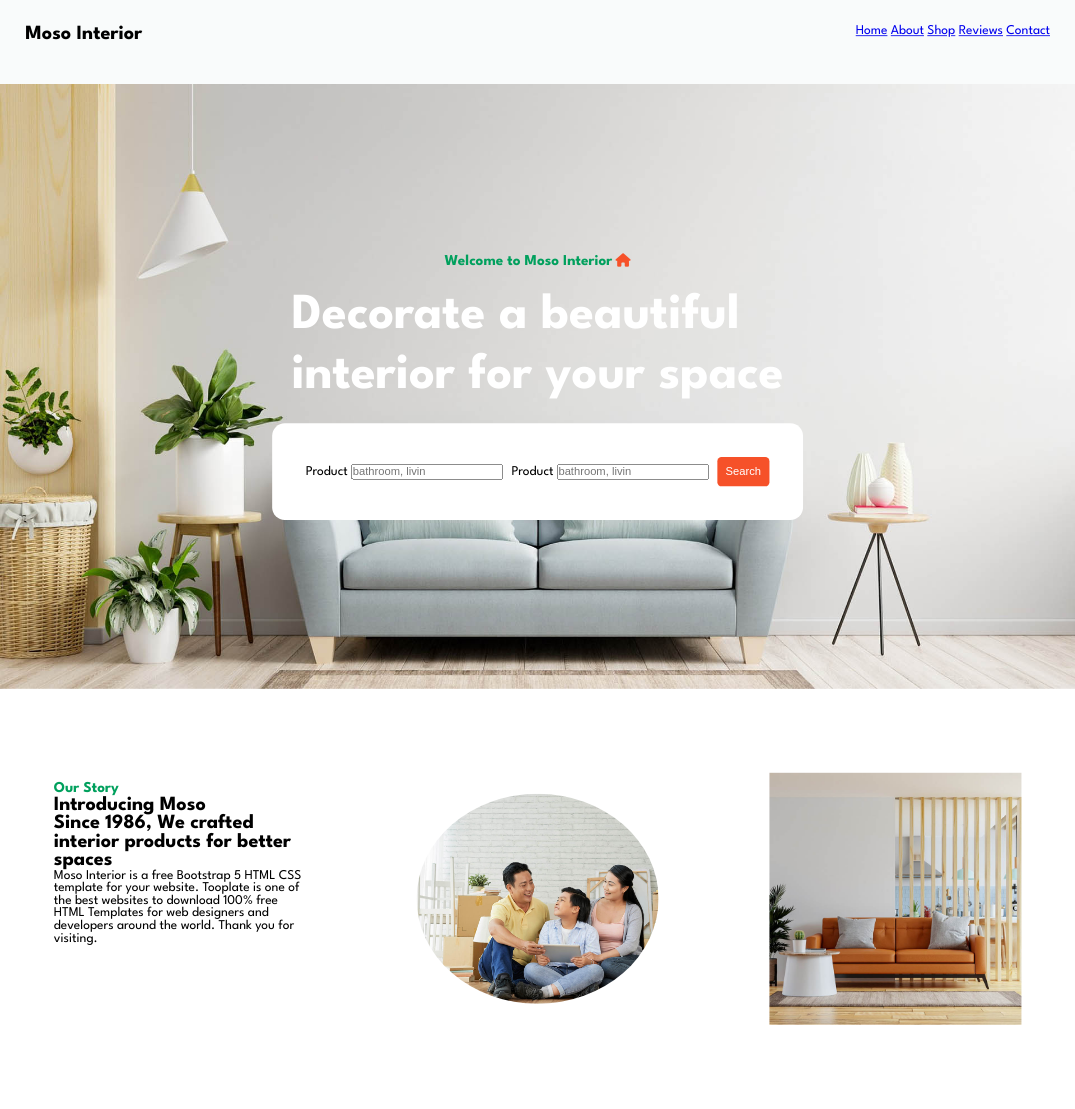
Repository: mariamnabil23/furniture
Page: index.html
The author's editor kept a copy of each file at every save. The page is drawn from the files as they stood at one save, then again after the next save.
The browser window is 1280 px wide. The pictures show the whole page, at 84% of full size.
Some web fonts or font styles are not loaded; a fallback is used.

Above is the page before, as saved 2024-10-30 16:16:18.

After the next save:
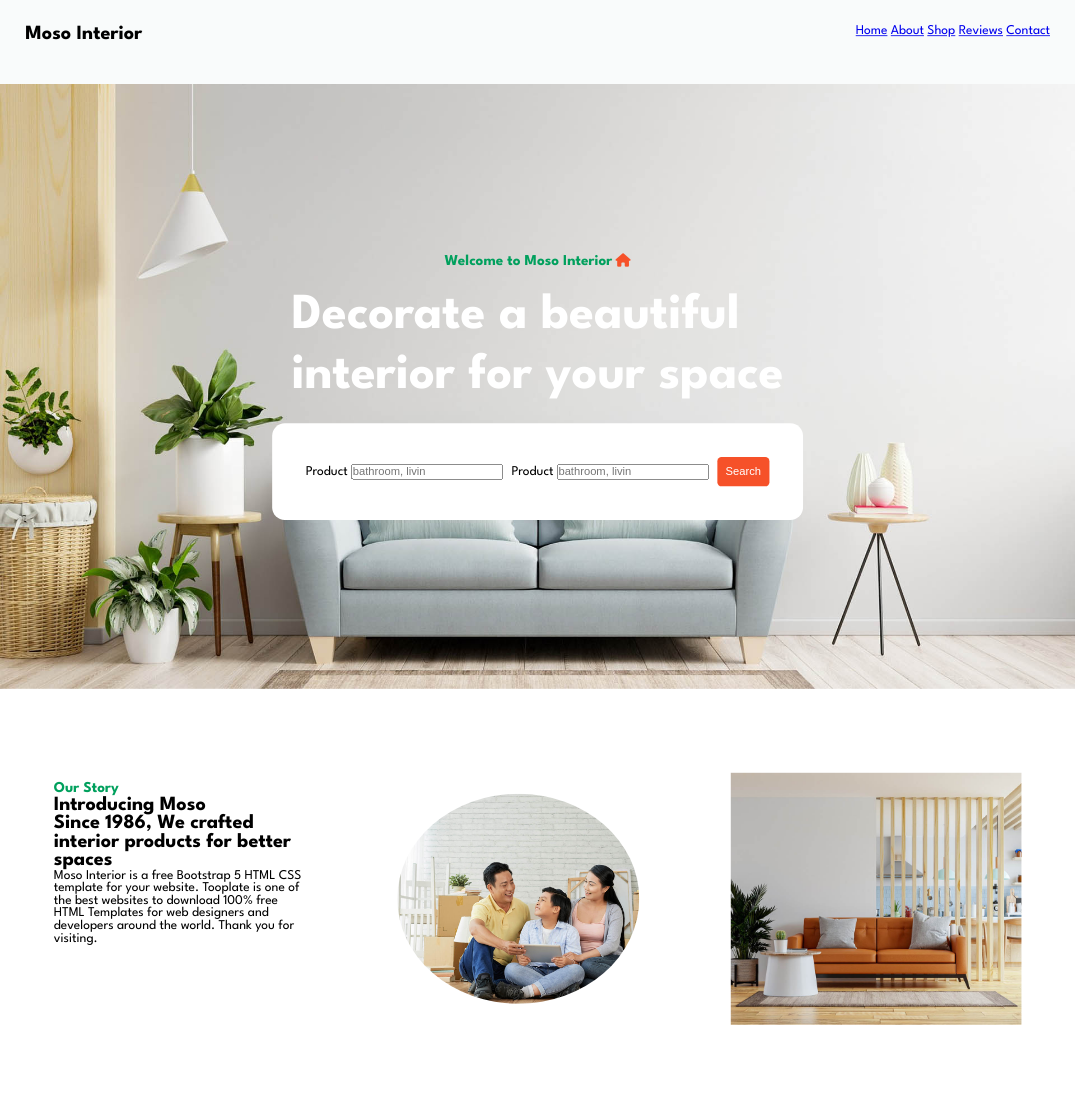
Saved 7 s later.
--- a/style.css
+++ b/style.css
@@ -119,7 +119,7 @@ ul{
     border-radius: 50%;
 }
 .about .right{
-    width: 300px;
+    width: 30%;
     height: 300px;
 }
 .about .right img{
